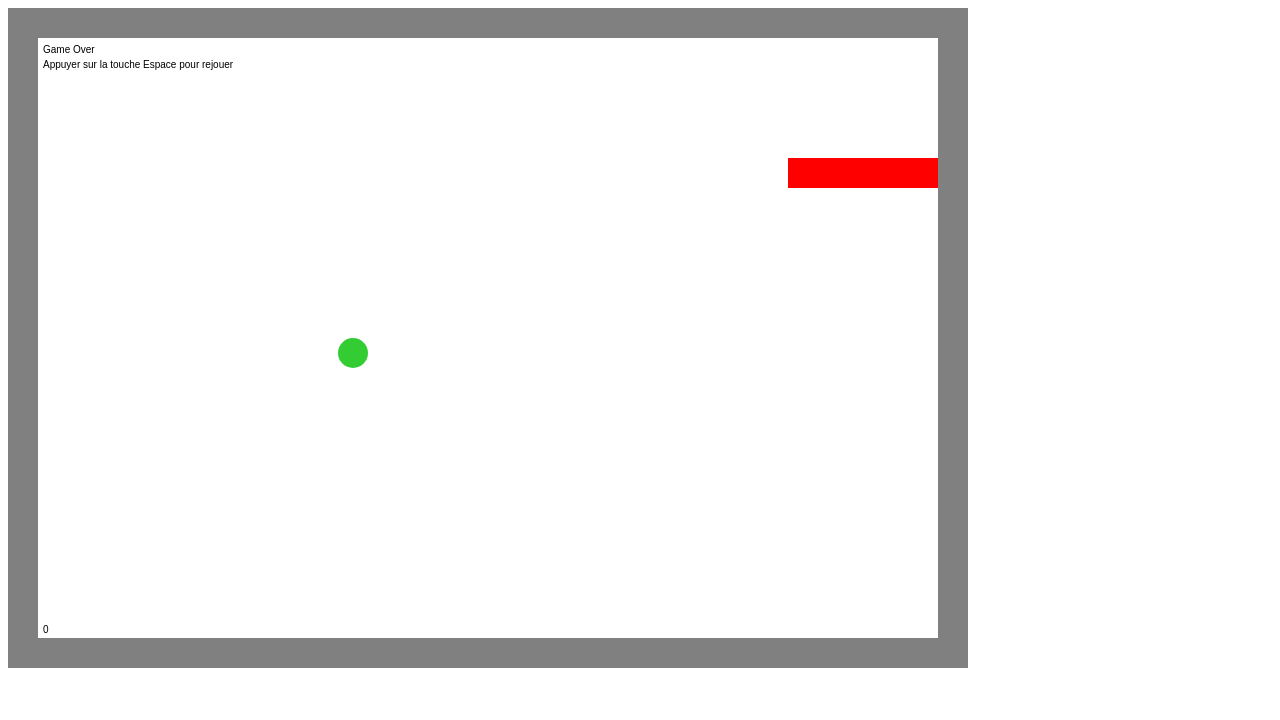
Repository: 0Memo/serpent
Page: index.html
These files come from the project's save history. The page is drawn as it stood at one moment and after the next save; the edit follows.
The browser window is 1280 px wide. The pictures show the whole page.

Above is the page before, as saved 2020-12-16 22:08:35.

After the next save:
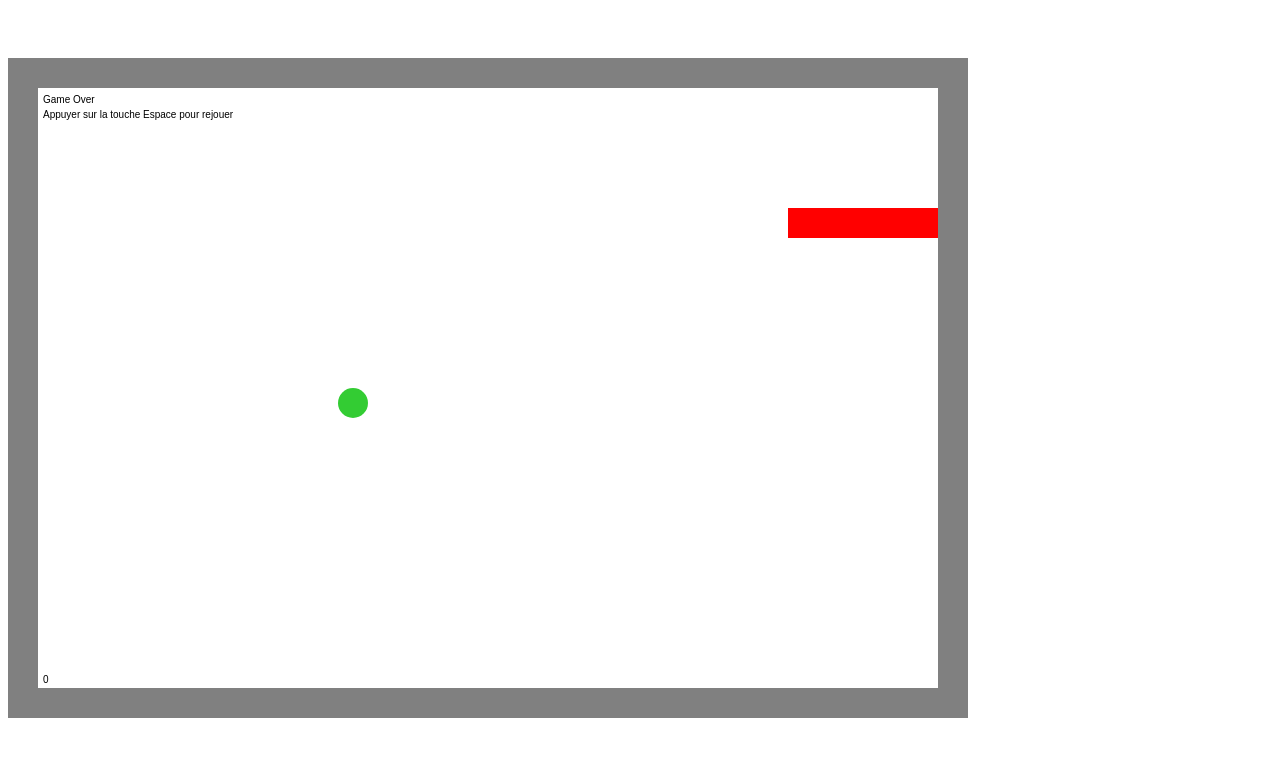
Saved 44 s later.
--- a/js/script.js
+++ b/js/script.js
@@ -17,6 +17,7 @@ window.onload = function(){
         canvas.width = canvasWidth;
         canvas.height = canvasHeight;
         canvas.style.border = "30px solid gray";
+        canvas.style.margin = "50px auto";
         document.body.appendChild(canvas);
         ctx = canvas.getContext('2d');
         snakey = new snake([[6,4], [5,4], [4,4], [3,4], [2, 4]], "right");
